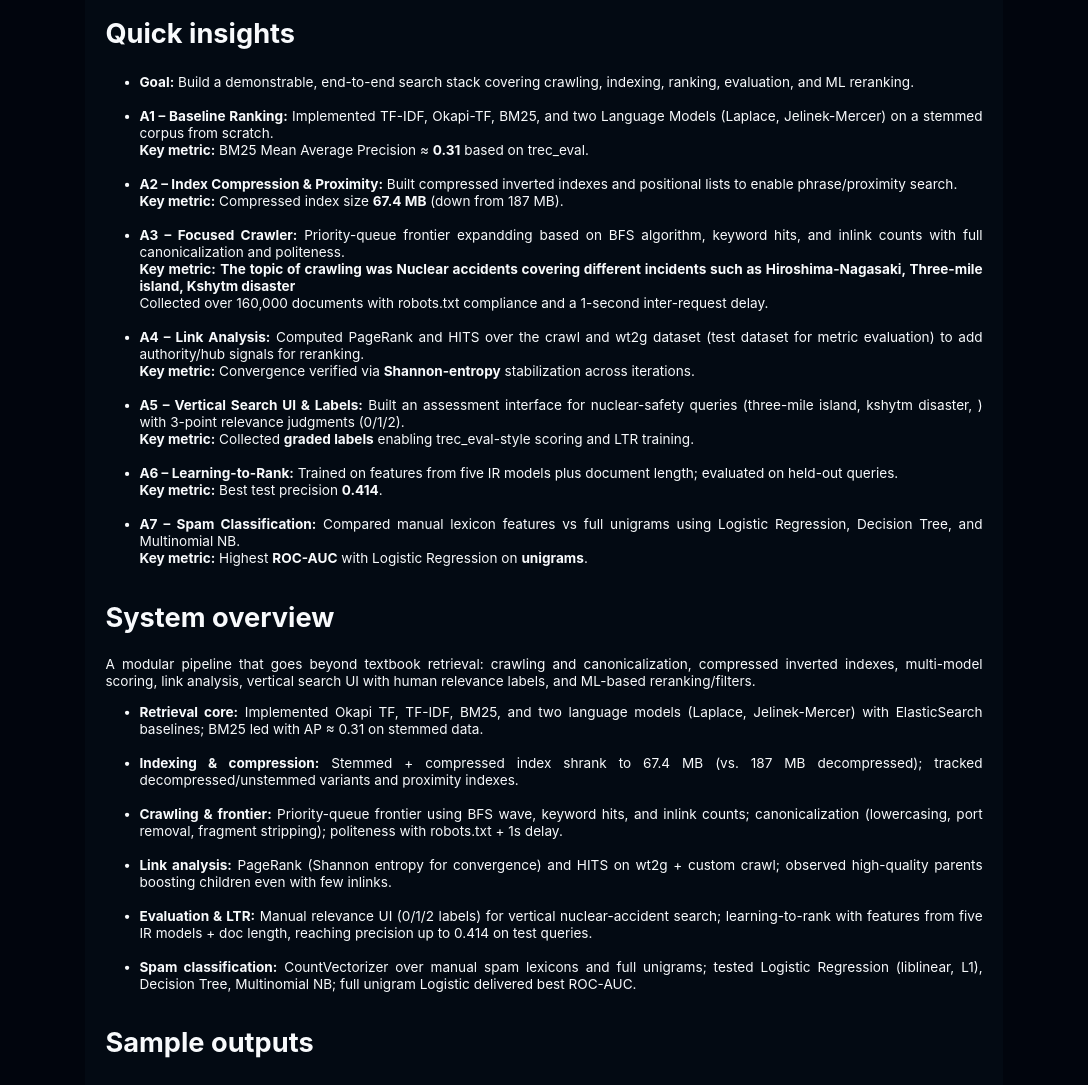
Repository: Abdulaziz-04/Abdulaziz-04.github.io
Page: deepdives/backend_systems/search_engine/search_engine.html
An editor plug-in stored every save of this project. The page is shown before and after the next save, followed by the edit.
The browser window is 1280 px wide. The pictures show the part of the page from y = 873 to 2150 px (the page is 4722 px tall), at 85% of full size.
A picture or video elsewhere on the page could not be fetched, so the positions and the page height are approximate.

Above is the page before, as saved 2025-11-21 18:02:38.

### deepdives/backend_systems/search_engine/search_engine.html
<!DOCTYPE html>
<html lang="en">
  <head>
    <meta charset="UTF-8" />
    <meta name="viewport" content="width=device-width, initial-scale=1" />
    <title>Full-Stack Search Engine: Crawl, Index, Rank, and Rerank</title>
    <link rel="stylesheet" href="../../../assets/css/styles.css" />
  </head>

  <body class="project-detail-page">
    <header class="detail-hero">
      <a class="category-back" href="../../../projects/backend_systems.html">
        &larr; Back to Projects
      </a>

      <p
        class="category-pill"
        onclick="window.location.href='../../../projects/backend_systems.html'"
      >
        Backend &amp; Distributed Logic
      </p>
      <br />

      <h1>Full-Stack Search Engine: Crawl, Index, Rank, and Rerank</h1>

      <p class="detail-summary">
        <b>
          Built an end-to-end search engine over a nuclear-safety corpus: custom
          crawler, compressed inverted indexes, classic IR ranking
          (TF-IDF/BM25/LM), graph algorithms (PageRank/HITS), vertical search UI
          with manual assessments, learning-to-rank, and ML-powered spam
          filtering.
        </b>
      </p>

      <p class="detail-summary">
        Part of CS 6200 Information Retrieval course at Northeastern: starting
        with baseline ranking, adding compression and proximity search, building
        a focused crawler, applying link analysis, running a vertical search
        assessment interface, experimenting with learning-to-rank, and closing
        with ML-based spam classification.
      </p>

      <ul class="detail-meta">
        <li>
          <strong>Tech Stack:</strong>
          Python, ElasticSearch, NumPy, scikit-learn, pandas, BeautifulSoup,
          priority queues, multi-threading, custom inverted index storage
        </li>
      </ul>
    </header>

    <main class="section detail-content">
      <!-- HERO IMAGE -->
      <section class="detail-section detail-hero-gif">
        <figure class="gallery-item gallery-item--wide">
          <img
            src="./images/architecture-placeholder.png"
            alt="System architecture: crawler → indexer → ranker → reranker → UI"
            style="display: block; margin: 0 auto; max-width: 95%; height: auto"
          />
          <figcaption style="text-align: center">
            Architecture at a glance: focused crawler feeds compressed inverted
            indexes; BM25/TF-IDF for first-pass ranking; PageRank/HITS signals
            available; LTR and spam classifiers for reranking and filtering.
          </figcaption>
        </figure>
      </section>

      <!-- QUICK INSIGHTS -->
      <section class="detail-section">
        <h2>Quick insights</h2>
        <ul class="psr-list">
          <li>
            <strong>Goal:</strong>
            Build a demonstrable, end-to-end search stack covering crawling,
            indexing, ranking, evaluation, and ML reranking.
          </li>
          <br />
          <li>
            <strong>A1 – Baseline Ranking:</strong> Implemented TF-IDF,
            Okapi-TF, BM25, and two Language Models (Laplace, Jelinek-Mercer) on
            a stemmed corpus from scratch. <br />
            <b>Key metric:</b> BM25 Mean Average Precision ≈ <b>0.31</b> based
            on trec_eval.
          </li>
          <br />
          <li>
            <strong>A2 – Index Compression &amp; Proximity:</strong> Built
            compressed inverted indexes and positional lists to enable
            phrase/proximity search. <br />
            <b>Key metric:</b> Compressed index size <b>67.4&nbsp;MB</b> (down
            from 187&nbsp;MB).
          </li>
          <br />
          <li>
            <strong>A3 – Focused Crawler:</strong> Priority-queue frontier
            expandding based on BFS algorithm, keyword hits, and inlink counts
            with full canonicalization and politeness.
            <br />
            <b>Key metric:</b>
            <b
              >The topic of crawling was Nuclear accidents covering different
              incidents such as Hiroshima-Nagasaki, Three-mile island, Kshytm
              disaster
            </b>
            <br />
            Collected over 160,000 documents with robots.txt compliance and a
            1-second inter-request delay.
          </li>
          <br />
          <li>
            <strong>A4 – Link Analysis:</strong> Computed PageRank and HITS over
            the crawl and wt2g dataset (test dataset for metric evaluation) to
            add authority/hub signals for reranking.
            <br />
            <b>Key metric:</b> Convergence verified via
            <b>Shannon-entropy</b> stabilization across iterations.
          </li>
          <br />
          <li>
            <strong>A5 – Vertical Search UI &amp; Labels:</strong> Built an
            assessment interface for nuclear-safety queries (three-mile island,
            kshytm disaster, ) with 3-point relevance judgments (0/1/2). <br />
            <b>Key metric:</b> Collected <b>graded labels</b> enabling
            trec_eval-style scoring and LTR training.
          </li>
          <br />
          <li>
            <strong>A6 – Learning-to-Rank:</strong> Trained on features from
            five IR models plus document length; evaluated on held-out queries.
            <br />
            <b>Key metric:</b> Best test precision <b>0.414</b>.
          </li>
          <br />
          <li>
            <strong>A7 – Spam Classification:</strong> Compared manual lexicon
            features vs full unigrams using Logistic Regression, Decision Tree,
            and Multinomial NB. <br />
            <b>Key metric:</b> Highest <b>ROC-AUC</b> with Logistic Regression
            on <b>unigrams</b>.
          </li>
        </ul>
      </section>

      <!-- SYSTEM OVERVIEW -->
      <section class="detail-section">
        <h2>System overview</h2>
        <p>
          A modular pipeline that goes beyond textbook retrieval: crawling and
          canonicalization, compressed inverted indexes, multi-model scoring,
          link analysis, vertical search UI with human relevance labels, and
          ML-based reranking/filters.
        </p>

        <ul>
          <li>
            <b>Retrieval core:</b>
            Implemented Okapi TF, TF-IDF, BM25, and two language models
            (Laplace, Jelinek-Mercer) with ElasticSearch baselines; BM25 led
            with AP ≈ 0.31 on stemmed data.
          </li>
          <br />
          <li>
            <b>Indexing &amp; compression:</b>
            Stemmed + compressed index shrank to 67.4 MB (vs. 187 MB
            decompressed); tracked decompressed/unstemmed variants and proximity
            indexes.
          </li>
          <br />
          <li>
            <b>Crawling &amp; frontier:</b>
            Priority-queue frontier using BFS wave, keyword hits, and inlink
            counts; canonicalization (lowercasing, port removal, fragment
            stripping); politeness with robots.txt + 1s delay.
          </li>
          <br />
          <li>
            <b>Link analysis:</b>
            PageRank (Shannon entropy for convergence) and HITS on wt2g + custom
            crawl; observed high-quality parents boosting children even with few
            inlinks.
          </li>
          <br />
          <li>
            <b>Evaluation &amp; LTR:</b>
            Manual relevance UI (0/1/2 labels) for vertical nuclear-accident
            search; learning-to-rank with features from five IR models + doc
            length, reaching precision up to 0.414 on test queries.
          </li>
          <br />
          <li>
            <b>Spam classification:</b>
            CountVectorizer over manual spam lexicons and full unigrams; tested
            Logistic Regression (liblinear, L1), Decision Tree, Multinomial NB;
            full unigram Logistic delivered best ROC-AUC.
          </li>
        </ul>
      </section>

      <!-- RESPONSE EXAMPLES GALLERY -->
      <section class="detail-section detail-gallery">
        <h2>Sample outputs</h2>
        <div class="gallery-row gallery-row--two">
          <figure class="gallery-item">
            <a href="./images/search-results-placeholder.png" target="_blank">
              <img
                src="./images/search-results-placeholder.png"
                alt="Search results list with highlights and BM25 scores"
              />
            </a>
            <figcaption>
              BM25-ranked results with snippet highlights and scores.
            </figcaption>
          </figure>

          <figure class="gallery-item">
            <a href="./images/index-stats-placeholder.png" target="_blank">
              <img
                src="./images/index-stats-placeholder.png"
                alt="Index size comparison: compressed vs decompressed"
              />
            </a>
            <figcaption>
              Index size and proximity index metrics (67.4 MB compressed vs. 187
              MB decompressed stemmed).
            </figcaption>
          </figure>
        </div>

        <div class="gallery-row gallery-row--two">
          <figure class="gallery-item">
            <a href="./images/ltr-placeholder.png" target="_blank">
              <img
                src="./images/ltr-placeholder.png"
                alt="Learning-to-rank precision chart"
              />
            </a>
            <figcaption>
              Learning-to-rank precision curve; best test precision 0.414.
            </figcaption>
          </figure>

          <figure class="gallery-item">
            <a href="./images/spam-roc-placeholder.png" target="_blank">
              <img
                src="./images/spam-roc-placeholder.png"
                alt="ROC curve for spam classifier"
              />
            </a>
            <figcaption>
              Spam classifier ROC-AUC: Logistic with full unigrams leads.
            </figcaption>
          </figure>
        </div>
      </section>

      <!-- ARCHITECTURE & DESIGN -->
      <section class="detail-section">
        <h2>Architecture and design choices</h2>
        <p>
          Designed to showcase both IR fundamentals and practical trade-offs:
          efficiency (compression, proximity), relevance (BM25 vs LM), authority
          (PageRank/HITS), and learning-based reranking.
        </p>

        <ul>
          <li>
            <b>Index variants:</b>
            Stemmed/unstemmed, compressed/decompressed; proximity lists for
            phrase queries (proximity AP: 0.2313 stemmed vs. 0.1814 unstemmed).
          </li>
          <br />
          <li>
            <b>Candidate generation:</b>
            Heap-based top-k retrieval; doc-length norms cached; multilingual
            stopword handling via ElasticSearch analyzers.
          </li>
          <br />
          <li>
            <b>Link signals:</b>
            PageRank on wt2g + merged crawl; HITS hubs/authorities skewed toward
            Wikipedia for topical queries, improving diversity over PageRank.
          </li>
          <br />
          <li>
            <b>Assessment loop:</b>
            Vertical search UI captures 3-point relevance labels (0/1/2) per
            result; stored as space-separated text for trec_eval-style scoring.
          </li>
          <br />
          <li>
            <b>LTR features:</b>
            Five IR scores (TF-IDF, Okapi-TF, BM25, Laplace, JM) + doc length;
            per-query split via random shuffle; balanced train/test precision
            (train avg 0.297, test avg 0.269).
          </li>
          <br />
          <li>
            <b>Spam pipeline:</b>
            Manual spam lexicon vs. full unigrams; CountVectorizer sparse
            matrices; compared Logistic, Decision Tree, Multinomial NB; unigrams
            outperformed manual lists, highlighting feature coverage.
          </li>
        </ul>
      </section>

      <!-- EDGE CASES & ROBUSTNESS -->
      <section class="detail-section">
        <h2>Edge cases and robustness</h2>
        <p>
          Focused on correctness and resilience across crawling, parsing, and
          scoring.
        </p>

        <ul>
          <li>
            <b>Canonicalization &amp; politeness:</b>
            Lowercasing, port stripping, fragment removal, duplicate slash
            cleanup; robots.txt honored; 1s inter-request delay; single-request
            per URL guard.
          </li>
          <br />
          <li>
            <b>Frontier fairness:</b>
            Priority queue blends BFS wave number, keyword hits, and inlink
            counts to avoid topic drift and reward authoritative seeds.
          </li>
          <br />
          <li>
            <b>Query parsing:</b>
            Token normalization, length normalization; language models tuned for
            sensitivity; BM25 for stability on sparse queries.
          </li>
          <br />
          <li>
            <b>Assessment UX:</b>
            Relevance dropdown prevents empty labels; results persisted on
            submit; clickable URLs to verify content before rating.
          </li>
          <br />
          <li>
            <b>Model sanity checks:</b>
            Compared manual spam features vs. full vocab to avoid underfitting;
            monitored over/underfit via precision bounds (0.1939–0.414).
          </li>
        </ul>
      </section>

      <!-- SCALING & FUTURE ENHANCEMENTS -->
      <section class="detail-section">
        <h2>Scaling and future enhancements</h2>
        <p>Ready to grow from coursework to production-grade demo.</p>

        <ul>
          <li>
            <b>Sharding &amp; cache:</b>
            Shard the index by domain/time; add postings and query result cache
            (Redis) to reduce P95 latency.
          </li>
          <br />
          <li>
            <b>Reranking depth:</b>
            Introduce LambdaMART/XGBoost with expanded features (PageRank, HITS,
            click priors) and cross-validation over query folds.
          </li>
          <br />
          <li>
            <b>Quality signals:</b>
            Add autocomplete with prefix tries; spell correction via k-grams;
            snippet generator with positional windows.
          </li>
          <br />
          <li>
            <b>Deployment:</b>
            Containerize crawler, indexer, API, and UI; use docker-compose for a
            single-node demo; add health checks and telemetry.
          </li>
          <br />
          <li>
            <b>Spam hardening:</b>
            Add character n-grams for obfuscation, URL reputation features, and
            threshold tuning for precision/recall trade-offs.
          </li>
        </ul>
      </section>

      <!-- IMPACT & LEARNINGS -->
      <section class="detail-section detail-impact">
        <h2>Impact and learnings</h2>
        <ul>
          <li>
            <b>IR depth:</b>
            Hands-on with classic models, proximity, compression, and graph
            algorithms—understanding when BM25 beats LMs and how link signals
            diversify results.
          </li>
          <br />
          <li>
            <b>Evaluation mindset:</b>
            Built a full relevance loop: manual labels, trec_eval metrics,
            precision tracking, and feature-driven LTR gains.
          </li>
          <br />
          <li>
            <b>ML integration:</b>
            Combined sparse text features with traditional IR scores; compared
            manual heuristics vs. data-driven vocabularies for spam detection.
          </li>
          <br />
          <li>
            <b>Systems thinking:</b>
            From crawling politeness to storage trade-offs, every stage is
            modular and independently testable for clearer scaling paths.
          </li>
        </ul>
      </section>
    </main>
  </body>
</html>

Loaded but not shown: assets/css/styles.css (941 lines, source omitted)

After the next save:
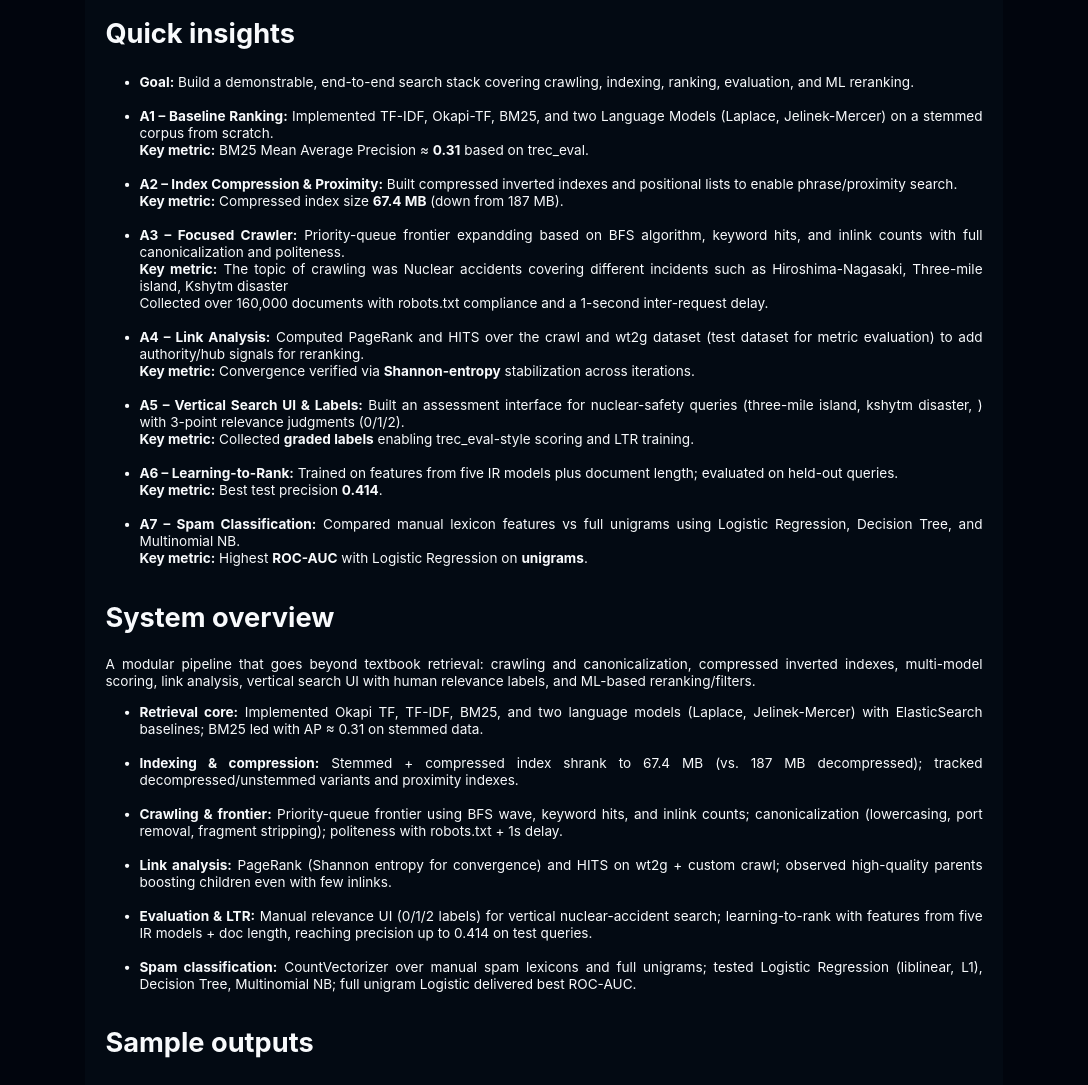
Saved 4 s later.
--- a/deepdives/backend_systems/search_engine/search_engine.html
+++ b/deepdives/backend_systems/search_engine/search_engine.html
@@ -99,11 +99,9 @@
             with full canonicalization and politeness.
             <br />
             <b>Key metric:</b>
-            <b
-              >The topic of crawling was Nuclear accidents covering different
-              incidents such as Hiroshima-Nagasaki, Three-mile island, Kshytm
-              disaster
-            </b>
+            The topic of crawling was Nuclear accidents covering different
+            incidents such as Hiroshima-Nagasaki, Three-mile island, Kshytm
+            disaster
             <br />
             Collected over 160,000 documents with robots.txt compliance and a
             1-second inter-request delay.
